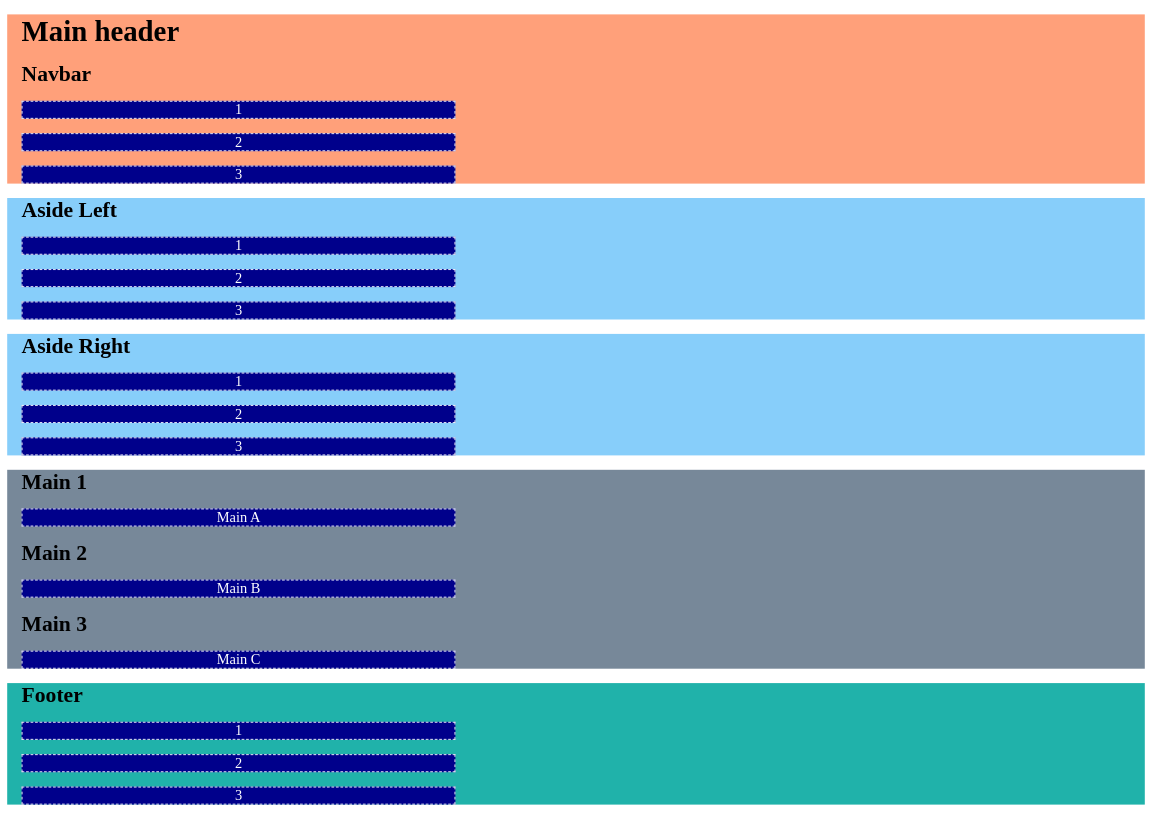
Repository: Colo-Codes/code-practice
Page: 02-css-practice-10-RWD.html
An editor plug-in stored every save of this project. The page is shown before and after the next save, followed by the edit.
The browser window is 1280 px wide. The pictures show the whole page, at 90% of full size.

Above is the page before, as saved 2021-06-07 08:30:44.

### 02-css-practice-10-RWD.html
<!DOCTYPE html>
<html lang="en">

<head>
    <meta charset="UTF-8">
    <meta http-equiv="X-UA-Compatible" content="IE=edge">
    <meta name="viewport" content="width=device-width, initial-scale=1.0">
    <title>Flexbox</title>
    <style>
        header {
            background-color: lightsalmon;
        }
        aside {
            background-color: lightskyblue;
        }
        main {
            background-color: lightslategray;
        }
        footer {
            background-color: lightseagreen;
        }
        .div-box {
            width: 30rem;
            display: block;
            background-color: darkblue;
            color: white;
            text-align: center;
            border: 1px dashed white;
            margin: 1rem;
        }
        h1, h2 {
            margin: 1rem;
        }
    </style>
</head>

<body>
    <header>
        <h1>Main header</h1>
        <nav>
            <h2>Navbar</h2>
            <div class="nav-boxes div-box">1</div>
            <div class="nav-boxes div-box">2</div>
            <div class="nav-boxes div-box">3</div>
        </nav>
    </header>
    <aside id="aside-left">
        <h2>Aside Left</h2>
        <div class="aside-boxes div-box">1</div>
        <div class="aside-boxes div-box">2</div>
        <div class="aside-boxes div-box">3</div>
    </aside>
    <aside id="aside-right">
        <h2>Aside Right</h2>
        <div class="aside-boxes div-box">1</div>
        <div class="aside-boxes div-box">2</div>
        <div class="aside-boxes div-box">3</div>
    </aside>
    <main>
        <section>
            <h2>Main 1</h2>
            <div class="main-boxes div-box">Main A</div>
        </section>
        <section>
            <h2>Main 2</h2>
            <div class="main-boxes div-box">Main B</div>
        </section>
        <section>
            <h2>Main 3</h2>
            <div class="main-boxes div-box">Main C</div>
        </section>
    </main>
    <footer>
        <h2>Footer</h2>
        <div class="footer-boxes div-box">1</div>
        <div class="footer-boxes div-box">2</div>
        <div class="footer-boxes div-box">3</div>
    </footer>
</body>

</html>

After the next save:
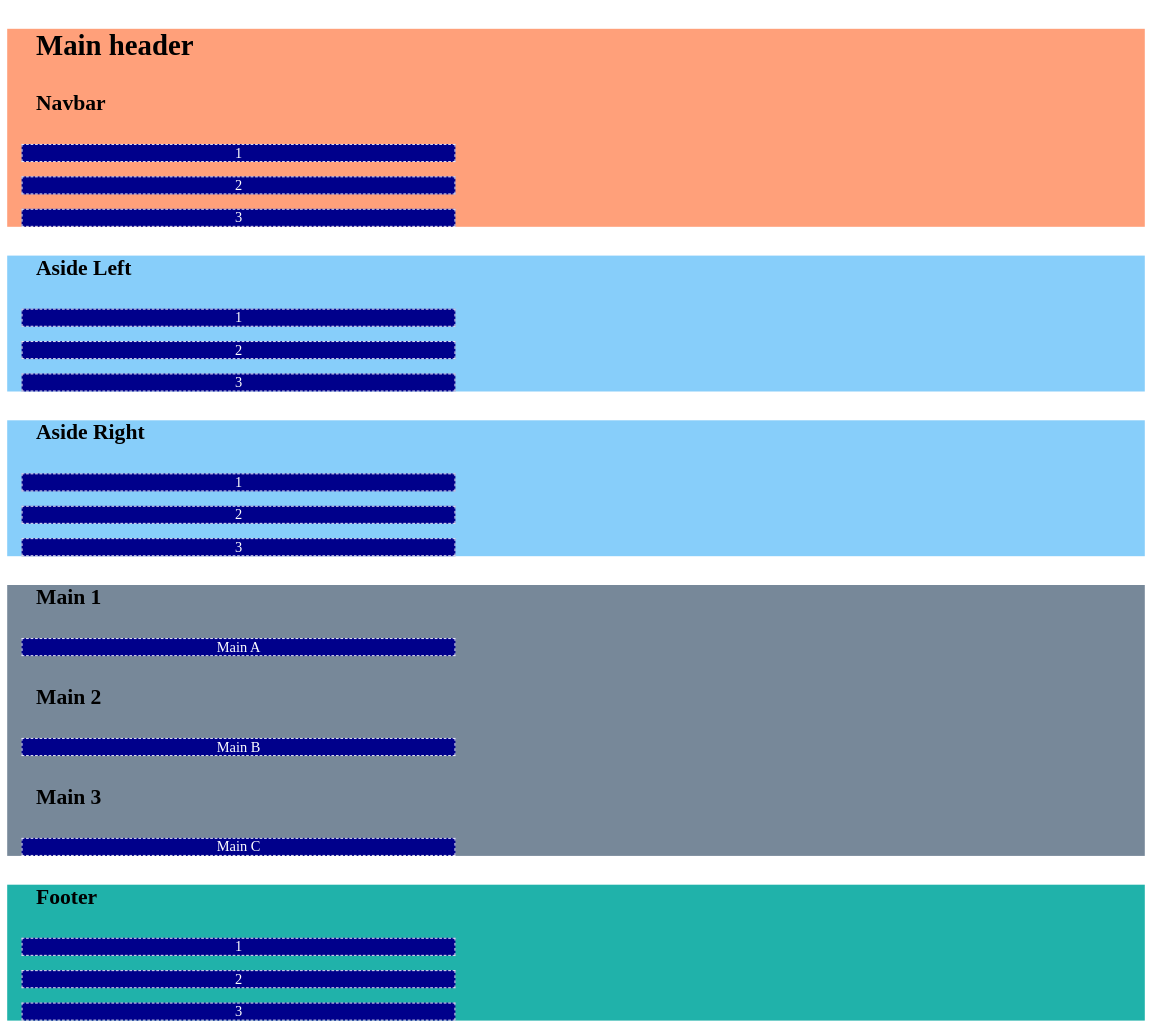
Saved 27 s later.
--- a/02-css-practice-10-RWD.html
+++ b/02-css-practice-10-RWD.html
@@ -29,7 +29,7 @@
             margin: 1rem;
         }
         h1, h2 {
-            margin: 1rem;
+            margin: 2rem;
         }
     </style>
 </head>

After the save that followed:
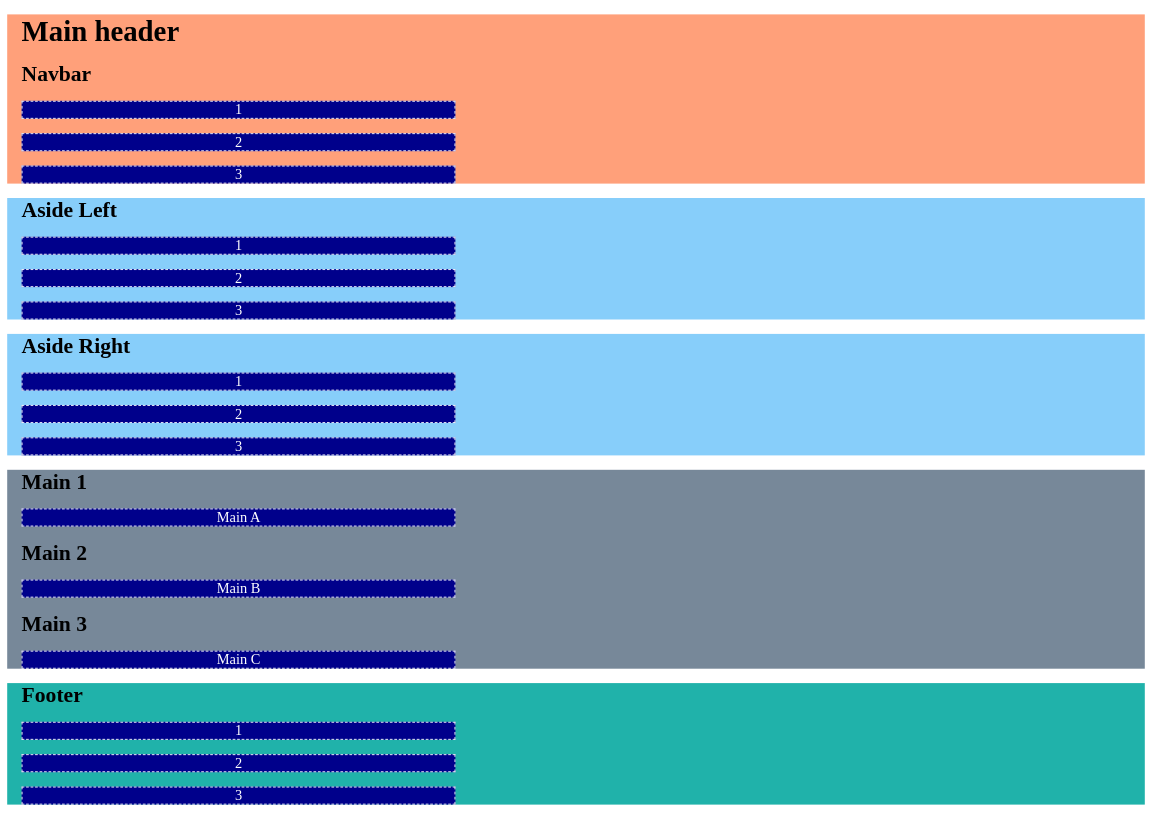
Saved 9 s later.
--- a/02-css-practice-10-RWD.html
+++ b/02-css-practice-10-RWD.html
@@ -29,7 +29,7 @@
             margin: 1rem;
         }
         h1, h2 {
-            margin: 2rem;
+            margin: 1rem;
         }
     </style>
 </head>
